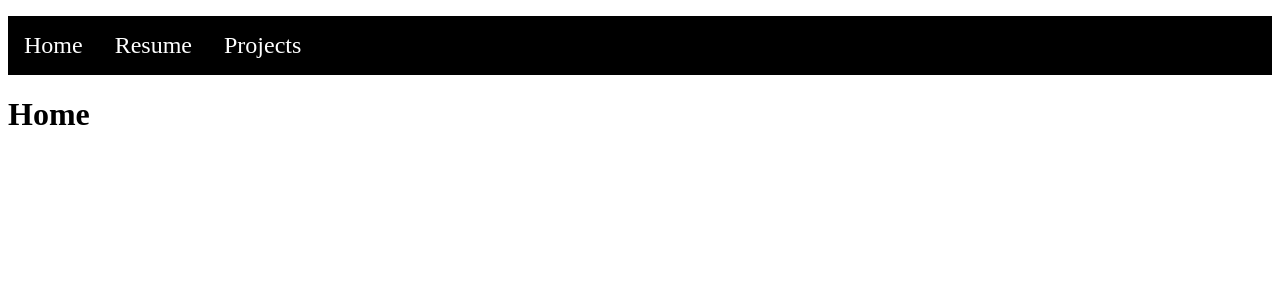
Repository: brody-toth/brody-toth.github.io
Page: home.html
The author's editor kept a record of every edit. The page is drawn from the files as they stood at one moment, then again after the next edit.
The browser window is 1280 px wide. The pictures show the whole page.

Above is the page before.

### home.html
<!DOCTYPE html>
<html>
  <head>
  <title>Home</title>
  <style>

    .navbar{
      list-style: none;
      background-color: black;
      overflow: hidden;
      padding: 0;
    }

    .navbar a, .dropdown div{
      text-decoration: none;
      color: white;
      font-size: 24px;
      padding: 16px;
      display: inline-block;
    }
    .navbar li{
      float: left;
    }

    .navbar li:hover{
      background-color: pink;
    }

    .dropdown-content{
      list-style: none;
      padding: 0;
      display: none;
      position: absolute;
      z-index: 2;
      background-color: black;
    }

    .dropdown-content li{
      float:none;
    }

    .dropdown:hover .dropdown-content{
      display: block;
    }

  </style>

  </head>
  <body>
    <ul class="navbar">
      <li class="active"><a href="index.html">Home</a></li>
      <li><a href="resume.html">Resume</a></li>
      <li class = "dropdown">
        <div>Projects</div>
        <ul class="dropdown-content">
          <li><a href="#">Project 1</a></li>
          <li><a href="#">Project 2</a></li>
          <li><a href="#">Project 3</a></li>
        </ul>
      </li>

    </ul>

    <h1>Home</h1>

  </body>
</html>

After the next edit:
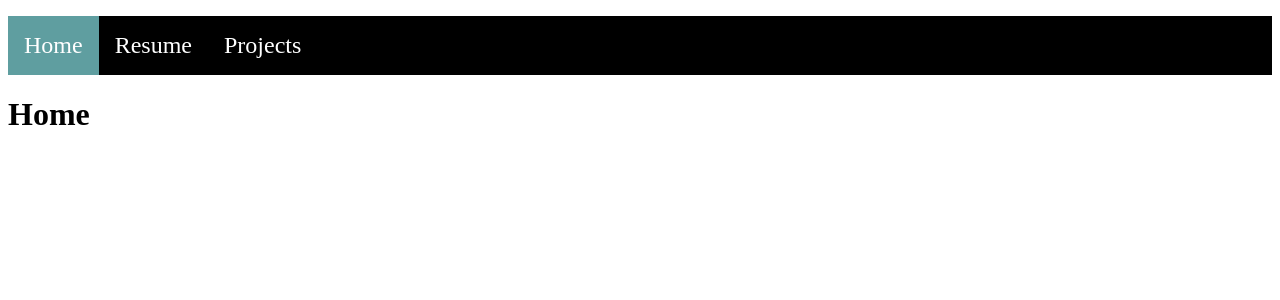
The edit:
--- a/home.html
+++ b/home.html
@@ -43,6 +43,10 @@
       display: block;
     }
 
+    .active{
+        background-color: cadetblue;
+    }
+
   </style>
 
   </head>
